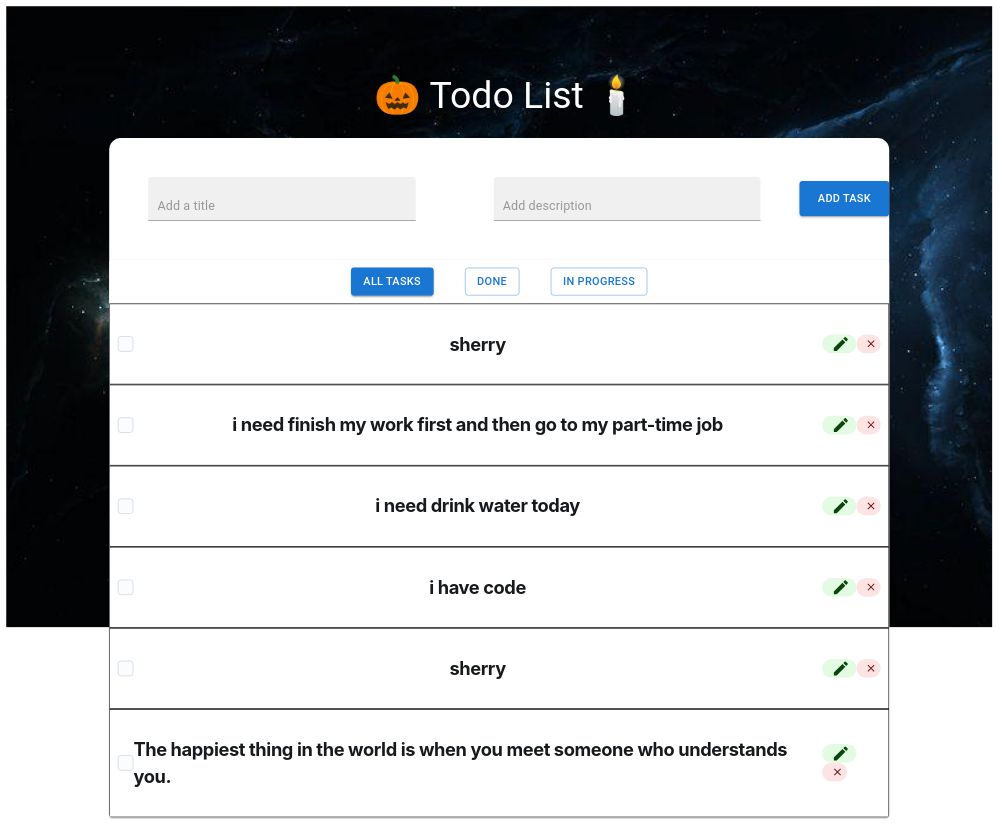
Repository: Tracy-maker/TodoList
Page: /
The author's editor kept a copy of each file at every save. The page is drawn from the files as they stood at one save, then again after the next save.
The browser window is 1280 px wide. The page is 1292 px wide, so the pictures cover 1292 px, including what lies to the right of the window. The pictures show the whole page, at 78% of full size.
The project was rebuilt for these pictures with package versions that can differ from the ones it lists, and the page was loaded fresh each time. Requests to the local data server were answered from the project's data file. Also part of the build but not shown: src/components/TaskEdit.js.

Above is the page before, as saved 2023-09-20 14:30:58.

After the next save:
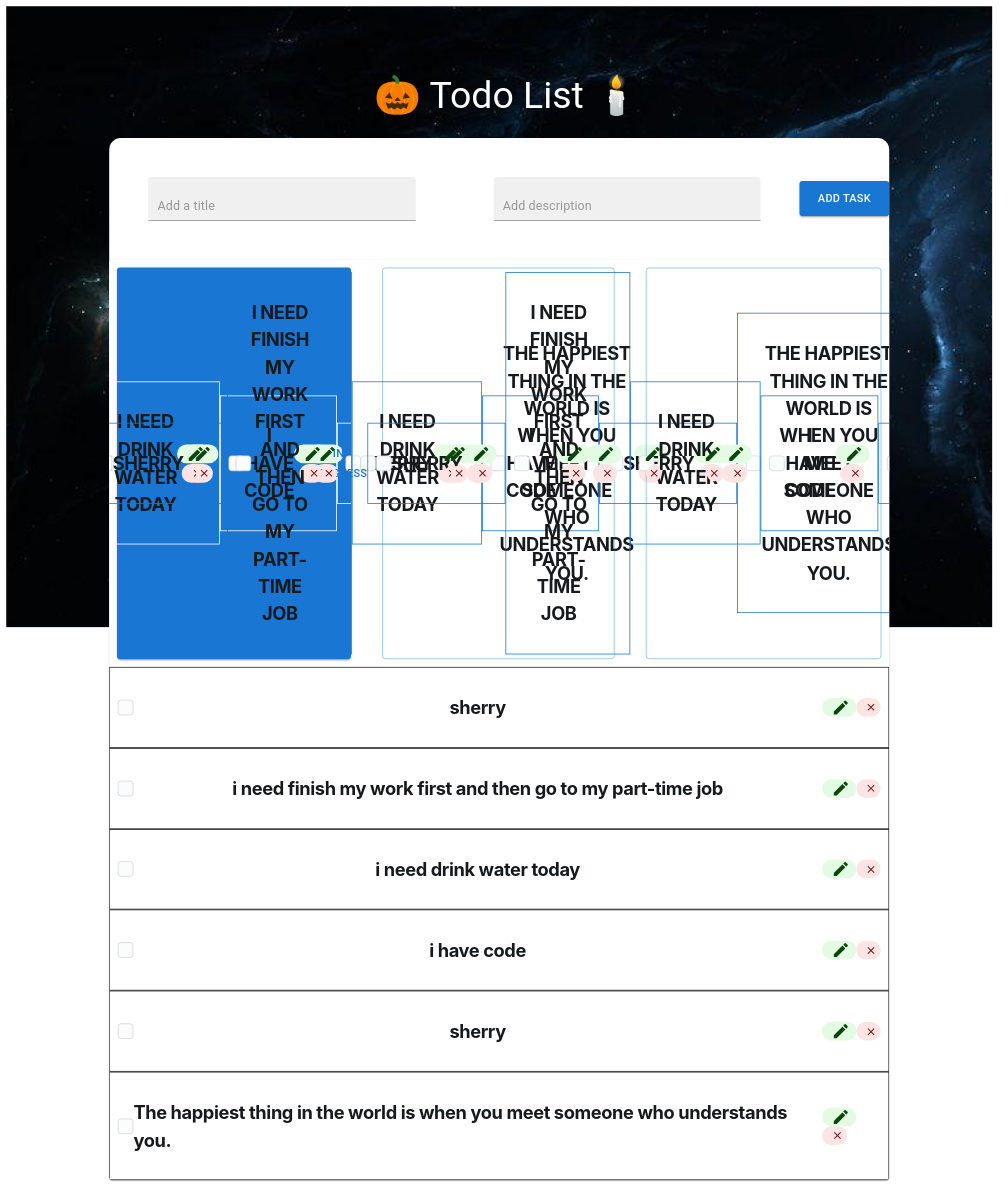
Saved 21 min 2 s later.
--- a/src/components/TaskList.js
+++ b/src/components/TaskList.js
@@ -30,12 +30,14 @@ function TaskList(props) {
             onClick={() => props.onFilterChange("all")}
           >
             All Tasks
+            {renderedTasksList}
           </Button>
           <Button
             variant={props.defaultValue === "done" ? "contained" : "outlined"}
             onClick={() => props.onFilterChange("done")}
           >
             Done
+            {renderedTasksList}
           </Button>
           <Button
             variant={
@@ -44,6 +46,7 @@ function TaskList(props) {
             onClick={() => props.onFilterChange("inProgress")}
           >
             In Progress
+            {renderedTasksList}
           </Button>
         </ButtonNavigationBar>
         {renderedTasksList}
